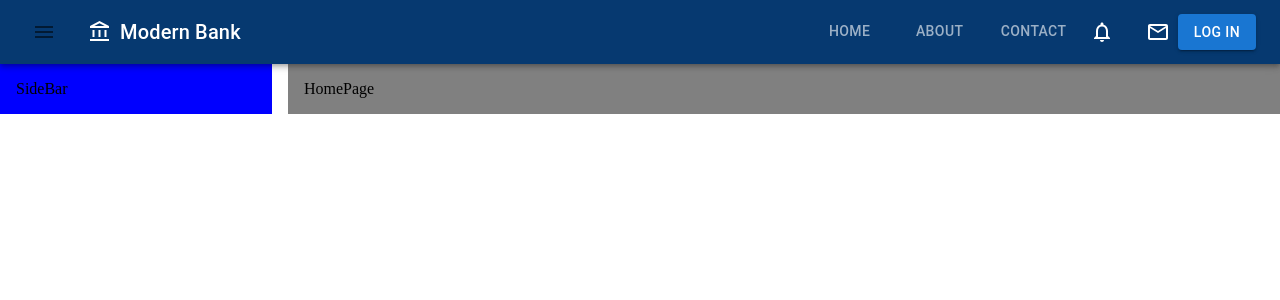
Repository: MohammadMazloum123/Moder-Bank-Full-Stack-Project
Page: / (app in Desktop/front-modernbank/front-modernbank/)
An editor plug-in stored every save of this project. The page is shown before and after the next save, followed by the edit.
The browser window is 1280 px wide. The pictures show the whole page.
The project was rebuilt for these pictures with package versions that can differ from the ones it lists, and the page was loaded fresh each time.

Above is the page before, as saved 2024-11-15 17:27:36.

### Desktop/front-modernbank/front-modernbank/public/index.html
<!DOCTYPE html>
<html lang="en">
  <head>

    <meta charset="utf-8" />
    <link rel="icon" href="%PUBLIC_URL%/favicon.ico" />
    <meta name="viewport" content="width=device-width, initial-scale=1" />
    <meta name="theme-color" content="#000000" />
    <meta
      name="description"
      content="Web site created using create-react-app"
    />
    <link rel="apple-touch-icon" href="%PUBLIC_URL%/logo192.png" />

    <link rel="manifest" href="%PUBLIC_URL%/manifest.json" />

    <title>Modern Bank App</title>
    <style>
      body{
        margin: 0;
        padding: 0;
        box-sizing: border-box;
      }
    </style>
  </head>
  <body>
    <noscript>You need to enable JavaScript to run this app.</noscript>
    <div id="root"></div>
  </body>
</html>

### Desktop/front-modernbank/front-modernbank/src/App.js
import React from "react";
import { Box, Stack } from "@mui/material";
import SideBar from "./components/SideBar";
import HomePage from "./components/HomePage";
import NavBar from "./components/NavBar";

function App() {
  return (
    <Box>
      <NavBar/>
      <Stack direction="row" spacing={2} justifyContent="space-between">
        <SideBar/>
        <HomePage/>
      </Stack>
    </Box>
  );
}

export default App;

### Desktop/front-modernbank/front-modernbank/src/components/SideBar.jsx
import { Box } from '@mui/material'
import React from 'react'

const SideBar = () => {
return (
    <Box sx={{backgroundColor:"blue"}} flex={1.5} p={2}>
        SideBar
    </Box>
)
}

export default SideBar

### Desktop/front-modernbank/front-modernbank/src/components/HomePage.jsx
import { Box } from '@mui/material'
import React from 'react'

const HomePage = () => {
return (
    <Box sx={{bgcolor:"gray"}} flex={6} p={2}>
        HomePage
    </Box>
)
}

export default HomePage

### Desktop/front-modernbank/front-modernbank/src/components/NavBar.jsx
import { AppBar, Toolbar, Typography, Tabs, Tab, Button, Box } from '@mui/material'
import React, { useState } from 'react'
import DrawerComp from '../DrawerComp';
import NotificationsNoneOutlinedIcon from '@mui/icons-material/NotificationsNoneOutlined';
import EmailOutlinedIcon from '@mui/icons-material/EmailOutlined';
import { AccountBalanceOutlined } from '@mui/icons-material';

const NavBar = () => {
    const [value, setvalue] = useState();
return (
    <AppBar position='sticky' sx={{bgcolor:"#063970"}}>
        <Toolbar>

                <DrawerComp/>
                <Box display="flex" alignItems="center" flex={3} ml={3}>
                    <AccountBalanceOutlined fontSize='medium' sx={{ color: "white", mr: 1 }} />
                        <Typography variant='h6' color='inherit'>
                            Modern Bank
                        </Typography>
                </Box>
            <Box display="flex" flex={0.7} justifyContent="center">
                <Tabs
                textColor='inherit'
                indicatorColor='secondary'
                value={value}
                onChange={(e, value) => setvalue(value)}
                >
                        <Tab label="Home"/>
                        <Tab label="About"/>
                        <Tab label="Contact"/>
                </Tabs>
            </Box>
            <Box display="flex" flex={0.4} alignItems="center" justifyContent="center">
                <NotificationsNoneOutlinedIcon sx={{mr:4}}/>
                <EmailOutlinedIcon/>
            </Box>
            <Box display="flex" justifyContent="flex-end">
                <Button sx={{marginLeft:'auto'}} variant='contained'>Log In</Button>
            </Box>
        </Toolbar>
    </AppBar>
)
}

export default NavBar

### Desktop/front-modernbank/front-modernbank/src/DrawerComp.jsx
import React, {useState} from 'react'
import MenuIcon from '@mui/icons-material/Menu';
import {
    Drawer,
    IconButton,
    List,
    ListItemButton,
    ListItemIcon,
    ListItemText,
    Typography,
    Collapse,
    Divider,
    Box,
    Switch
    } from '@mui/material';

import {
    ExpandLess,
    ExpandMore,
    AddOutlined,
    SavingsOutlined,
    HistoryOutlined,
    CreditCardOutlined,
    TrendingUpOutlined,
    AccountBalanceOutlined,
    PercentOutlined,
    AttachMoneyOutlined,
    ShowChartOutlined,
    LogoutOutlined,
} from "@mui/icons-material";


const DrawerComp = () => {
    const [OpenDrawer, setOpenDrawer] = useState(false);
      // Dropdown states
        const [transactionsOpen, setTransactionsOpen] = useState(false);
        const [savingsOpen, setSavingsOpen] = useState(false);
        const [expenseTracker, setExpenseTracker] = useState(false);


return (
    <>
        <Drawer
        open={OpenDrawer}
        onClose={() => setOpenDrawer(false)}
        sx={{padding: "16px"}}
        >
        <Typography
            variant="h6"
            sx={{
            padding: 2,
            textAlign: "center",
            bgcolor: "#063970",
            color: "white",
        }}
        >
            Modern Bank
        </Typography>
        <Divider/>

            <List sx={{p: 2 ,width:"340px"}}>
                {/* Account Transactions Dropdown */}
                <ListItemButton onClick={() => setTransactionsOpen(!transactionsOpen)}>
                    <ListItemIcon>
                        <CreditCardOutlined/>
                    </ListItemIcon>
                    <ListItemText primary="Transactions"/>
                    {transactionsOpen ? <ExpandLess/> : <ExpandMore/>}
                </ListItemButton>
                <Collapse in={transactionsOpen} timeout="auto" unmountOnExit>
                    <List component="div" disablePadding sx={{pl : 2}}>
                        <ListItemButton>
                            <ListItemIcon>
                                <AddOutlined fontSize='small'/>
                            </ListItemIcon>
                        <ListItemText primary="New Transactions"/>
                        </ListItemButton>
                        <ListItemButton>
                            <ListItemIcon>
                                <HistoryOutlined fontSize='small'/>
                            </ListItemIcon>
                        <ListItemText primary="Transactions History"/>
                        </ListItemButton>
                    </List>
                </Collapse>
                <Divider/>
                {/* Savings Dropdown */}
                <ListItemButton onClick={() => setSavingsOpen(!savingsOpen)}>
                    <ListItemIcon>
                        <SavingsOutlined fontSize='small'/>
                    </ListItemIcon>
                    <ListItemText primary="Savings"/>
                    {savingsOpen ? <ExpandLess/> : <ExpandMore/>}
                </ListItemButton>
                <Collapse in={savingsOpen} timeout="auto" unmountOnExit>
                    <List component="div" disablePadding sx={{pl : 2}}>
                        <ListItemButton>
                            <ListItemIcon>
                                <AccountBalanceOutlined fontSize='small'/>
                            </ListItemIcon>
                            <ListItemText primary="Savings Account"/>
                        </ListItemButton>
                        <ListItemButton>
                            <ListItemIcon>
                                <TrendingUpOutlined fontSize='small'/>
                            </ListItemIcon>
                            <ListItemText primary="Savings Goals"/>
                        </ListItemButton>
                        <ListItemButton>
                            <ListItemIcon>
                                <PercentOutlined fontSize='small'/>
                            </ListItemIcon>
                            <ListItemText primary="Interest Rate"/>
                        </ListItemButton>
                    </List>
                </Collapse>
                <Divider/>
            <ListItemButton onClick={() => setExpenseTracker(!expenseTracker)}>
                <ListItemIcon>
                    <AttachMoneyOutlined fontSize='small'/>
                </ListItemIcon>
                    <ListItemText primary="Expense Tracker" />
                    {transactionsOpen ? <ExpandLess/> : <ExpandMore/>}
            </ListItemButton>
            <Collapse in={expenseTracker} timeout="auto" unmountOnExit>
                <List component="div" disablePadding sx={{pl : 2}}>
                    <ListItemButton>
                        <ListItemIcon>
                            <ShowChartOutlined fontSize='small'/>
                        </ListItemIcon>
                        <ListItemText primary="Track Expenses"/>
                    </ListItemButton>
                </List>
            </Collapse>
              {/* Dark Mode Switch */}
        <Box display="flex" alignItems="center" mt={2}>
            <Typography variant="body1" sx={{ flexGrow: 1 }}>
                Dark Mode
            </Typography>
            <Switch
                inputProps={{ 'aria-label': 'Dark Mode Switch' }}
            />

            <ListItemButton>
                        <ListItemText primary="Log Out"/>
                        <ListItemIcon>
                            <LogoutOutlined/>
                        </ListItemIcon>
                    </ListItemButton>
        </Box>
            </List>
        </Drawer>
        {/* Drawer Toggle Button */}
        <IconButton onClick={() => setOpenDrawer(!OpenDrawer)}>
            <MenuIcon/>
        </IconButton>
    </>
)
}

export default DrawerComp

Loaded but not shown: Desktop/front-modernbank/front-modernbank/src/index.js (common file); Desktop/front-modernbank/front-modernbank/src/reportWebVitals.js (common file)

After the next save:
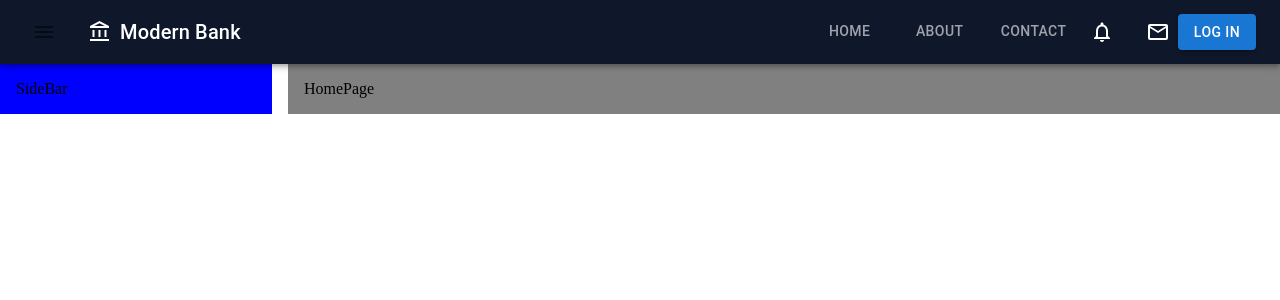
Saved 47 s later.
--- a/Desktop/front-modernbank/front-modernbank/src/components/NavBar.jsx
+++ b/Desktop/front-modernbank/front-modernbank/src/components/NavBar.jsx
@@ -8,7 +8,7 @@ import { AccountBalanceOutlined } from '@mui/icons-material';
 const NavBar = () => {
     const [value, setvalue] = useState();
 return (
-    <AppBar position='sticky' sx={{bgcolor:"#063970"}}>
+    <AppBar position='sticky' sx={{bgcolor:"#0f172a"}}>
         <Toolbar>
 
                 <DrawerComp/>
